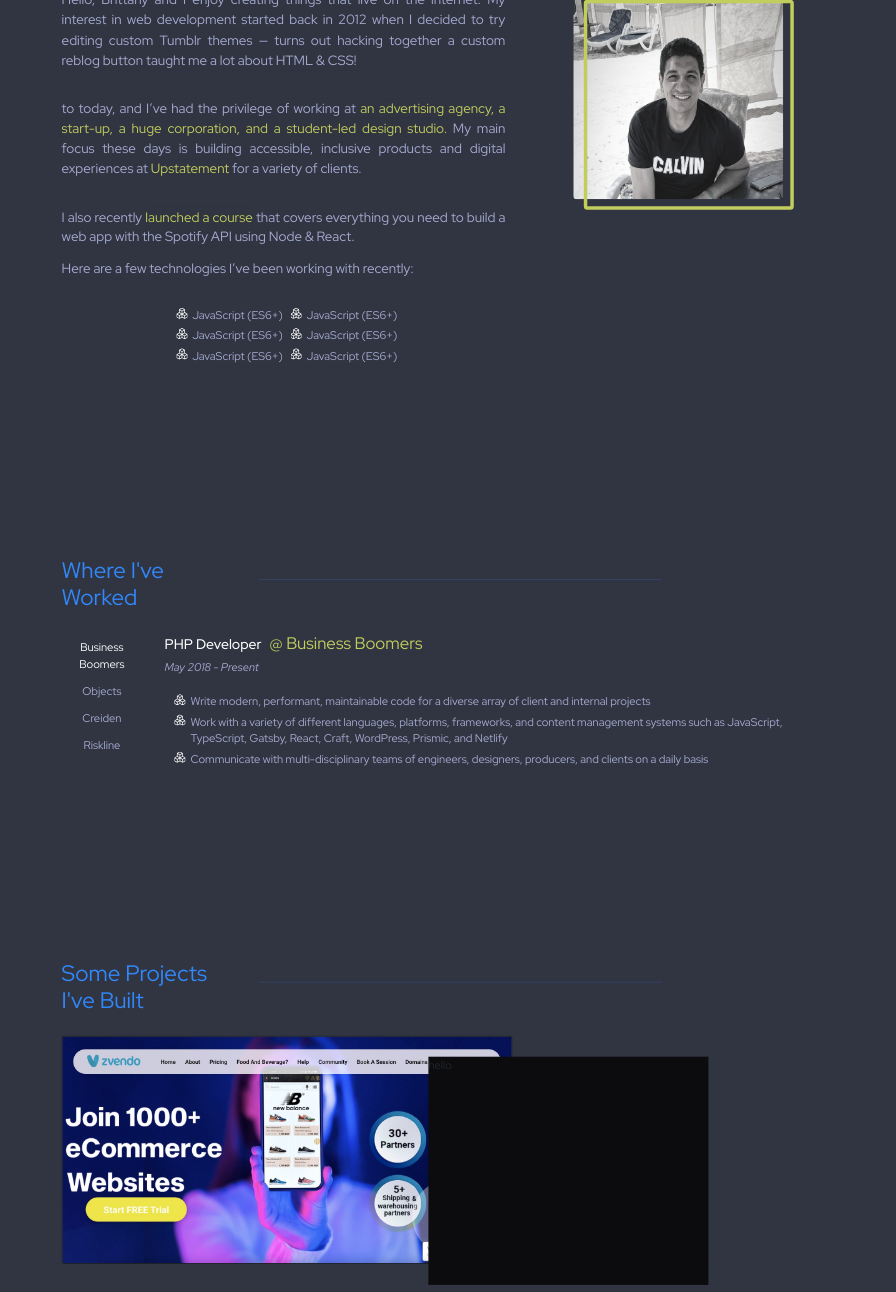
Repository: aya7abbal/Talaat-s-Portfolio
Page: index.html
The author's editor kept a copy of each file at every save. The page is drawn from the files as they stood at one save, then again after the next save.
The browser window is 1280 px wide. The pictures show the part of the page from y = 971 to 2891 px (the page is 2817 px tall before and 2891 px after), at 70% of full size.
Some web libraries are served in a nearby version. The style sheet was rebuilt from its Sass, Less or Tailwind sources for each picture, by a compiler version that may differ from the author's.

Above is the page before, as saved 2022-02-07 18:59:26.

### index.html
<!DOCTYPE html>
<html lang="en">
  <head>
    <!-- Required meta tags -->
    <meta charset="utf-8" />
    <meta name="viewport" content="width=device-width, initial-scale=1" />

    <!-- Bootstrap CSS -->
    <link
      href="https://cdn.jsdelivr.net/npm/bootstrap@5.0.2/dist/css/bootstrap.min.css"
      rel="stylesheet"
      integrity="sha384-EVSTQN3/azprG1Anm3QDgpJLIm9Nao0Yz1ztcQTwFspd3yD65VohhpuuCOmLASjC"
      crossorigin="anonymous"
    />

    <!-- Favicon -->
    <link
      rel="shortcut icon"
      type="image/x-icon"
      href="./images/favicon/favicon.ico"
    />

    <!-- Font Awesome -->
    <script
      src="https://kit.fontawesome.com/fd7fa2f891.js"
      crossorigin="anonymous"
    ></script>

    <!-- Bootstrap Icons -->
    <link
      rel="stylesheet"
      href="https://cdn.jsdelivr.net/npm/bootstrap-icons@1.8.0/font/bootstrap-icons.css"
    />

    <!-- Main Stylesheet -->
    <link rel="stylesheet" href="./styles/styles.css" />

    <title>Ahmed's Portfolio</title>
  </head>
  <body>
    <!-- Navbar -->
    <nav class="navbar navbar-expand-md navbar-dark py-3">
      <div class="container-fluid d-flex justify-content-between">
        <div class="navbar-logo">
          <a class="navbar-brand navbar-border navbar-content__hidden" href="#"
            >AT</a
          >
        </div>

        <!-- Offcanvas  Hidden MENU -->
        <div class="offcanvas-menu">
          <button
            class="btn navbar-content__hidden rotating-icon"
            type="button"
            data-bs-toggle="offcanvas"
            data-bs-target="#offcanvasRight"
            aria-controls="offcanvasRight"
          >
            <i class="bi bi-x-diamond fs-2 text-white"></i>
          </button>
          <div
            class="offcanvas offcanvas-end"
            tabindex="-1"
            id="offcanvasRight"
            aria-labelledby="offcanvasRightLabel"
          >
            <div class="offcanvas-header">
              <h5 id="offcanvasRightLabel"></h5>
              <button
                type="button"
                class="btn text-reset"
                data-bs-dismiss="offcanvas"
                aria-label="Close"
              >
                <i class="bi bi-x-diamond fs-2 text-white rotated-icon"></i>
              </button>
            </div>
            <div class="offcanvas-body">
              <ul class="navbar-nav text-center">
                <li class="nav-item">
                  <a class="nav-link active" aria-current="page" href="#"
                    >About</a
                  >
                </li>
                <li class="nav-item">
                  <a class="nav-link" href="#">Experience</a>
                </li>
                <li class="nav-item">
                  <a class="nav-link" href="#">Work</a>
                </li>
                <li class="nav-item">
                  <a class="nav-link" href="#">Contact</a>
                </li>
                <li>
                  <a
                    class="btn btn-green my-4"
                    href="./Ahmed Talaat.pdf"
                    download
                  >
                    Resume</a
                  >
                </li>
              </ul>
            </div>
          </div>
        </div>

        <!-- NAVBAR Collapsable -->
        <div
          class="collapse navbar-collapse justify-content-between align-items-baseline"
          id="navbarNav"
        >
          <a class="navbar-brand navbar-border" href="#">AT</a>

          <ul class="navbar-nav">
            <li class="nav-item">
              <a class="nav-link active" aria-current="page" href="#">About</a>
            </li>
            <li class="nav-item">
              <a class="nav-link" href="#">Experience</a>
            </li>
            <li class="nav-item">
              <a class="nav-link" href="#">Work</a>
            </li>
            <li class="nav-item">
              <a class="nav-link" href="#">Contact</a>
            </li>
          </ul>

          <a
            class="btn btn-green"
            href="./Ahmed Talaat.pdf"
            download
          >Resume</a >
        </div>
      </div>
    </nav>
    <div class="body-wrapper">
      <!-- Introduction -->
      <div class="intro px-5">
        <h6>Hi, my name is</h6>

        <br />

        <h2>Ahmed Talaat.</h2>
        <h3 class="pb-2">I'm a Back-end Developer.</h3>

        <br />

        <p>
          I’m a software engineer specializing in building (and occasionally
          designing) exceptional digital experiences. Currently, I’m focused on
          building accessible, human-centered products at
          <a href="#">Riskline.</a>
        </p>

        <br />

        <a class=" btn btn-green btn-lg" href="https://calendly.com/atalaat-92/short-discussion?month=2022-02" target="_blank"> Book a Meeting</a>
      </div>

      <!-- About -->

      <div class="about px-5 row">
        <div class="section-header row">
          <div class="col-md-4 col-lg-3 col-5">
            <h4 class="py-4">About Me</h4>
          </div>
          <div class="col-md-8 col-lg-9 col-7">
            <hr />
          </div>
        </div>

        <!-- About Paragraph -->
        <div class="col-12 col-lg-7">
          <p>
            Hello, Brittany and I enjoy creating things that live on the
            internet. My interest in web development started back in 2012 when I
            decided to try editing custom Tumblr themes — turns out hacking
            together a custom reblog button taught me a lot about HTML & CSS!
          </p>
          <br />

          <p>
            to today, and I’ve had the privilege of working at
            <a href=""
              >an advertising agency, a start-up, a huge corporation, and a
              student-led design studio.</a
            >
            My main focus these days is building accessible, inclusive products
            and digital experiences at <a href="">Upstatement</a> for a variety
            of clients.
          </p>

          <br />
          <p>
            I also recently <a href="">launched a course</a> that covers
            everything you need to build a web app with the Spotify API using
            Node & React.
          </p>

          <p>Here are a few technologies I’ve been working with recently:</p>

          <div class="iconed-list d-flex justify-content-center">
            <ul class="row">
              <div class="col-6">
                <li>JavaScript (ES6+)</li>
                <li>JavaScript (ES6+)</li>
                <li>JavaScript (ES6+)</li>
              </div>

              <div class="col-6">
                <li>JavaScript (ES6+)</li>
                <li>JavaScript (ES6+)</li>
                <li>JavaScript (ES6+)</li>
              </div>
            </ul>
          </div>
        </div>

        <div class="col-12 col-lg-5 d-flex justify-content-center pb-5">
          <!-- About Image -->
          <div class="about-img">
           <div> <img
            src="./images/B903239F-D317-4387-9DFC-7195C9C90247_1_105_c.jpeg"
            alt=""
            width="300px"
            height="300px"
          /></div>
            <div class="about-img__border"></div>
          </div>
        </div>
      </div>

      <!-- Work -->

      <div class="work px-5">
        <div class="section-header row">
          <div class="col-md-4 col-lg-3 col-7">
            <h4 class="py-4">Where I've Worked</h4>
          </div>
          <div class="col-md-8 col-lg-9 col-5">
            <hr />
          </div>
        </div>
        <div>
          <!-- Nav tabs -->
          <div class="d-flex flex-md-row flex-column align-items-start">
            <div
              class="nav flex-md-column nav-pills me-3 mb-4 pe-md-3 nav-tabs"
              id="v-pills-tab"
              role="tablist"
              aria-orientation="vertical"
            >
              <button
                class="nav-link active"
                id="v-pills-home-tab"
                data-bs-toggle="pill"
                data-bs-target="#v-pills-home"
                type="button"
                role="tab"
                aria-controls="v-pills-home"
                aria-selected="true"
              >
                Business Boomers
              </button>
              <button
                class="nav-link"
                id="v-pills-profile-tab"
                data-bs-toggle="pill"
                data-bs-target="#v-pills-profile"
                type="button"
                role="tab"
                aria-controls="v-pills-profile"
                aria-selected="false"
              >
                Objects
              </button>
              <button
                class="nav-link"
                id="v-pills-messages-tab"
                data-bs-toggle="pill"
                data-bs-target="#v-pills-messages"
                type="button"
                role="tab"
                aria-controls="v-pills-messages"
                aria-selected="false"
              >
                Creiden
              </button>
              <button
                class="nav-link"
                id="v-pills-settings-tab"
                data-bs-toggle="pill"
                data-bs-target="#v-pills-settings"
                type="button"
                role="tab"
                aria-controls="v-pills-settings"
                aria-selected="false"
              >
                Riskline
              </button>
            </div>
            <div class="tab-content" id="v-pills-tabContent">
              <div
                class="tab-pane fade show active"
                id="v-pills-home"
                role="tabpanel"
                aria-labelledby="v-pills-home-tab"
              >
                <div class="work-title">
                  <h5 class="pe-2">PHP Developer</h5>
                  <h6>@ Business Boomers</h6>
                </div>
                <div class="work-date">
                  <i>May 2018 - Present </i>

                  <ul class="iconed-list">
                    <li>
                      Write modern, performant, maintainable code for a diverse
                      array of client and internal projects
                    </li>
                    <li>
                      Work with a variety of different languages, platforms,
                      frameworks, and content management systems such as
                      JavaScript, TypeScript, Gatsby, React, Craft, WordPress,
                      Prismic, and Netlify
                    </li>
                    <li>
                      Communicate with multi-disciplinary teams of engineers,
                      designers, producers, and clients on a daily basis
                    </li>
                  </ul>
                </div>
              </div>

              <div
                class="tab-pane fade"
                id="v-pills-profile"
                role="tabpanel"
                aria-labelledby="v-pills-profile-tab"
              >
                <div class="work-title">
                  <h5 class="pe-2">Back-end Developer</h5>
                  <h6>@ Objects</h6>
                </div>
                <div class="work-date">
                  <i>May 2018 - Present </i>

                  <ul class="iconed-list">
                    <li>
                      Write modern, performant, maintainable code for a diverse
                      array of client and internal projects
                    </li>
                    <li>
                      Work with a variety of different languages, platforms,
                      frameworks, and content management systems such as
                      JavaScript, TypeScript, Gatsby, React, Craft, WordPress,
                      Prismic, and Netlify
                    </li>
                    <li>
                      Communicate with multi-disciplinary teams of engineers,
                      designers, producers, and clients on a daily basis
                    </li>
                  </ul>
                </div>
              </div>

              <div
                class="tab-pane fade"
                id="v-pills-messages"
                role="tabpanel"
                aria-labelledby="v-pills-messages-tab"
              >
                <div class="work-title">
                  <h5 class="pe-2">Back-end Developer</h5>
                  <h6>@ Creiden</h6>
                </div>
                <div class="work-date">
                  <i>May 2018 - Present </i>

                  <ul class="iconed-list">
                    <li>
                      Write modern, performant, maintainable code for a diverse
                      array of client and internal projects
                    </li>
                    <li>
                      Work with a variety of different languages, platforms,
                      frameworks, and content management systems such as
                      JavaScript, TypeScript, Gatsby, React, Craft, WordPress,
                      Prismic, and Netlify
                    </li>
                    <li>
                      Communicate with multi-disciplinary teams of engineers,
                      designers, producers, and clients on a daily basis
                    </li>
                  </ul>
                </div>
              </div>

              <div
                class="tab-pane fade"
                id="v-pills-settings"
                role="tabpanel"
                aria-labelledby="v-pills-settings-tab"
              >
                <div class="work-title">
                  <h5 class="pe-2">Project Manager</h5>
                  <h6>@ Riskline</h6>
                </div>
                <div class="work-date">
                  <i>May 2018 - Present </i>

                  <ul class="iconed-list">
                    <li>
                      Write modern, performant, maintainable code for a diverse
                      array of client and internal projects
                    </li>
                    <li>
                      Work with a variety of different languages, platforms,
                      frameworks, and content management systems such as
                      JavaScript, TypeScript, Gatsby, React, Craft, WordPress,
                      Prismic, and Netlify
                    </li>
                    <li>
                      Communicate with multi-disciplinary teams of engineers,
                      designers, producers, and clients on a daily basis
                    </li>
                  </ul>
                </div>
              </div>
            </div>
          </div>
        </div>
      </div>

      <!-- Projects -->

      <div class="projects px-5">
        <div class="section-header row">
          <div class="col-md-4 col-lg-3 col-7">
            <h4 class="py-4">Some Projects I've Built</h4>
          </div>
          <div class="col-md-8 col-lg-9 col-5">
            <hr />
          </div>
        </div>

        <div class="project-card d-flex">
          <div class="card bg-dark text-white col-md-7">
            <img src="./images/project-1.jpeg" class="card-img" alt="...">
            <div class="card-img-overlay d-md-none">
              <h5 class="card-title">Card title</h5>
              <p class="card-text">This is a wider card with supporting text below as a natural lead-in to additional content. This content is a little bit longer.</p>
              <p class="card-text"></p>
            </div>
          </div>
          <div class="col-6 project-desc">
            hello
          </div>
        </div>
      </div>



    </div>


    <!-- Footer -->
    <footer>
      <div class="footer-left">
        <div class="footer-left__link">
          <i class="fab fa-github"><a href="#"></a></i>
        </div>
        <div class="footer-left__link">
          <i class="fab fa-twitter"><a href=""></a></i>
        </div>
        <div class="footer-left__link">
          <i class="fab fa-linkedin-in"><a href=""></a></i>
        </div>
        <div class="footer-left__link">
          <i class="fas fa-phone"><a href=""></a></i>
        </div>
        <div class="footer-left__link line"></div>
      </div>



      <div class="footer-right">
        <div class="footer-right__link">
          <a href="">@ahmed.talaat.92@hotmail.com</a>

        <div class="footer-right__link line"></div>
      </div>
    </footer>

    <!-- Bootstrap Bundle with Popper -->
    <script
      src="https://cdn.jsdelivr.net/npm/bootstrap@5.0.2/dist/js/bootstrap.bundle.min.js"
      integrity="sha384-MrcW6ZMFYlzcLA8Nl+NtUVF0sA7MsXsP1UyJoMp4YLEuNSfAP+JcXn/tWtIaxVXM"
      crossorigin="anonymous"
    ></script>
    <script type="module" src="./scripts/script.js"></script>
  </body>
</html>

### scripts/script.js
// const rotatingIcon = document.querySelector(".rotating-icon")
// const rotatedIcon = document.querySelector(".rotated-icon")


// rotatingIcon.addEventListener('click',function(event) {
// console.log(event)
//     rotatingIcon.style.display="hidden"
// })

### styles/styles.scss

// Fonts
@import url('https://fonts.googleapis.com/css2?family=Dosis:wght@200;300;400;500;600&family=Red+Hat+Display:ital,wght@0,300;0,400;0,500;0,600;0,700;0,900;1,300;1,400;1,500;1,600&family=Satisfy&display=swap');
// Partials
@import "./components/navbar";
@import"./components/footer";
@import "./variables/colors";
@import "./components/buttons";
@import "./variables/fonts";
@import "./components/pages";
@import "./variables/images";
@import "./components/projects";




// font-family: 'Dosis', sans-serif;
// font-family: 'Red Hat Display', sans-serif;
// font-family: 'Satisfy', cursive;

*{
font-family: 'Red Hat Display', sans-serif;
background-color: var(--navy);

}

body{
    margin: 0%;
    max-width: 100%;
    overflow-x: hidden;
    background-color: var(--navy);

    @media (min-width:768px) {
        padding: 40px;
    }
}

### styles/components/_navbar.scss
.navbar-content__hidden{
    display: none;
    @media (max-width:768px) {
        display: inline-block;
    }
}

.navbar-brand{
    border: solid 2px var(--green);
    border-radius: 5px 20px;
    padding: 8px;

    &:hover{
        background-color: var(--green);
    }
}

### styles/components/_footer.scss
footer {

    @media (max-width:768px) {
display: none;
    }

  .footer-left {
    position: fixed;
    bottom: 10px;
    left: 20px;
    i {
      font-size: 1.2em;
      color: white;
      margin: 20px 10px;
      &:hover{
          color: greenyellow;
          transform: translateY(-3px);
      }
    }

    .line {
      border-right: 1px solid white;
      padding: 20px;
      height: 100px;
      background-color: transparent;
      transform: translatex(-19px);
      margin-top: 15px;
    }
  }


  .footer-right {
    position: fixed;
    bottom: 10px;
    right: 20px;
    i{
      font-size: 1.2em;
      color: white;
      margin: 15px 10px;
      &:hover{
          color: greenyellow;
          transform: translateY(-3px);
      }


    }

    a{
        writing-mode: vertical-rl;
        transform: translatex(10px);
        color: white;
        font-size: 1em;
        &:hover{
            color: greenyellow;
            text-decoration: none;
        }
    }

    .line {
      border-right: 1px solid white;
      padding: 20px;
      height: 100px;
      background-color: transparent;
      transform: translatex(-19px);
      margin-top: 15px;
    }
  }
}

### styles/variables/_colors.scss
:root{
    --navy:#313441;
    --lgreen:#c1ce5e;
    --grey:#A4A6BF;
    --bblue:hsl(220, 47%, 62%);
    --green:#97A629;
    --lgreeno:#c1ce5e11;
    --lgrey:#bbc1dd;
    --mdgrey:#a4acd1;
    --blue:#3188fa;

}

### styles/components/_buttons.scss
.btn-green {
  border: 2px solid var(--green);
  padding: 8px;
  color:white;
  border-radius: 5px;

  &:hover {
    color: rgb(197, 197, 197);
    background-color: var(--lgreeno);
  }
}

.btn-blue{
    border: 2px solid var(--blue);
    padding: 8px;
    color:white;
    border-radius: 5px;

    &:hover {
      color: rgb(197, 197, 197);
      background-color: var(--bblue);
    }
}

.rotating-icon, .rotated-icon {
  transform: rotate(45deg) !important;
  z-index: 100;

  &:hover {
    transform: rotate(90deg) !important;
    transition: 0.6s;


  }
  &:active &:focus {
    transform: rotate(90deg) !important;
  }
}

### styles/variables/_fonts.scss



h2 {
  color: white;
  font-size: 2.3em;

  @media (min-width: 768px) {
    font-size: 2.9em;
  }
}

h3 {
  color: var(--blue);
  font-weight: 600;
  font-size: 2.2em;

  @media (min-width: 768px) {
    font-size: 2.7em;
  }
}

h4 {
  color: var(--blue);
  font-weight: 400;
  font-size: 1.5em;
  background-color: var(--navy);

  @media (min-width: 768px) {
    font-size: 2em;
  }
}

h5{
  color: white;
  display: inline-block;
}

h6 {
  font-size: 1.2em;
  color: var(--lgreen);
  font-weight: 400;
  display: inline-block;

  @media (min-width: 768px) {
    font-size: 1.5em;
  }
}

a {
  color: var(--lgreen);
  text-decoration: none;

  &:hover {
    color: var(--green);
    text-decoration: underline;
  }
}

ul{

    padding-top:20px;
    padding-bottom: 50px;
}
.iconed-list li{
    list-style-image:url(../svg/list.svg);
    color: var(--mdgrey);

    padding:10px 10px 0px 10px;
    margin: 5px;
    width: fit-content;
    padding: 0%;
}

p {
  font-size: 1.2em;
  color: var(--mdgrey);
  font-weight: 400;
  text-align: justify;

  @media (min-width: 768px) {
    font-size: 1.2em;
  }
}

i{
  color: var(--mdgrey);
}

.nav-tabs .nav-link{

  color: var(--mdgrey);
  background-color: transparent !important;
  // text-decoration: underline;
  text-decoration-color: var(--mdgrey);

  &:focus{
    background-color: transparent !important;
    color: var(--lgreen);
    border-bottom-color: var(--lgreen);

  }

  &:active{
    background-color: transparent !important;
    color: var(--lgreen);


  }



}

### styles/components/_pages.scss

// INTRODUCTION
.intro{
    padding-top: 160px;
}

// ABOUT


.section-header{
    padding-top:180px ;
    hr{
        position: relative;
        top:30%;
        color: var(--blue);
        width: 70%;
    }
}

#v-pills-tab{
    border: none;
}

### styles/variables/_images.scss
.about-img {
  height: fit-content;
  position: relative;
  display: flex;
  flex-direction: column;
  justify-content: center;


  img {
    // filter: invert(25%) sepia(77%) saturate(2565%) hue-rotate(200deg)
      // brightness(103%) contrast(96%) opacity(90%);
    border-radius: 5px;
    filter: grayscale(90%);
  }
  &:hover {
    img {
      filter: none;
    }
    .about-img__border{
        transform: translate(0px, 0px);
        transition: .1s;


    }
  }

  .about-img__border {
    position: absolute;
    border: 5px solid var(--lgreen);
    border-radius: 5px;
    width: 300px;
    height: 300px;
    transform: translate(15px, 15px);
    background-color: transparent;
  }
}

### styles/components/_projects.scss


.card-img-overlay {
    opacity: 90%;

}

.project-desc{
    background-color: rgb(12, 12, 15);
    height:400pxs;
    width: 400px;
    transform: translate(-120px,30px);
}

After the next save:
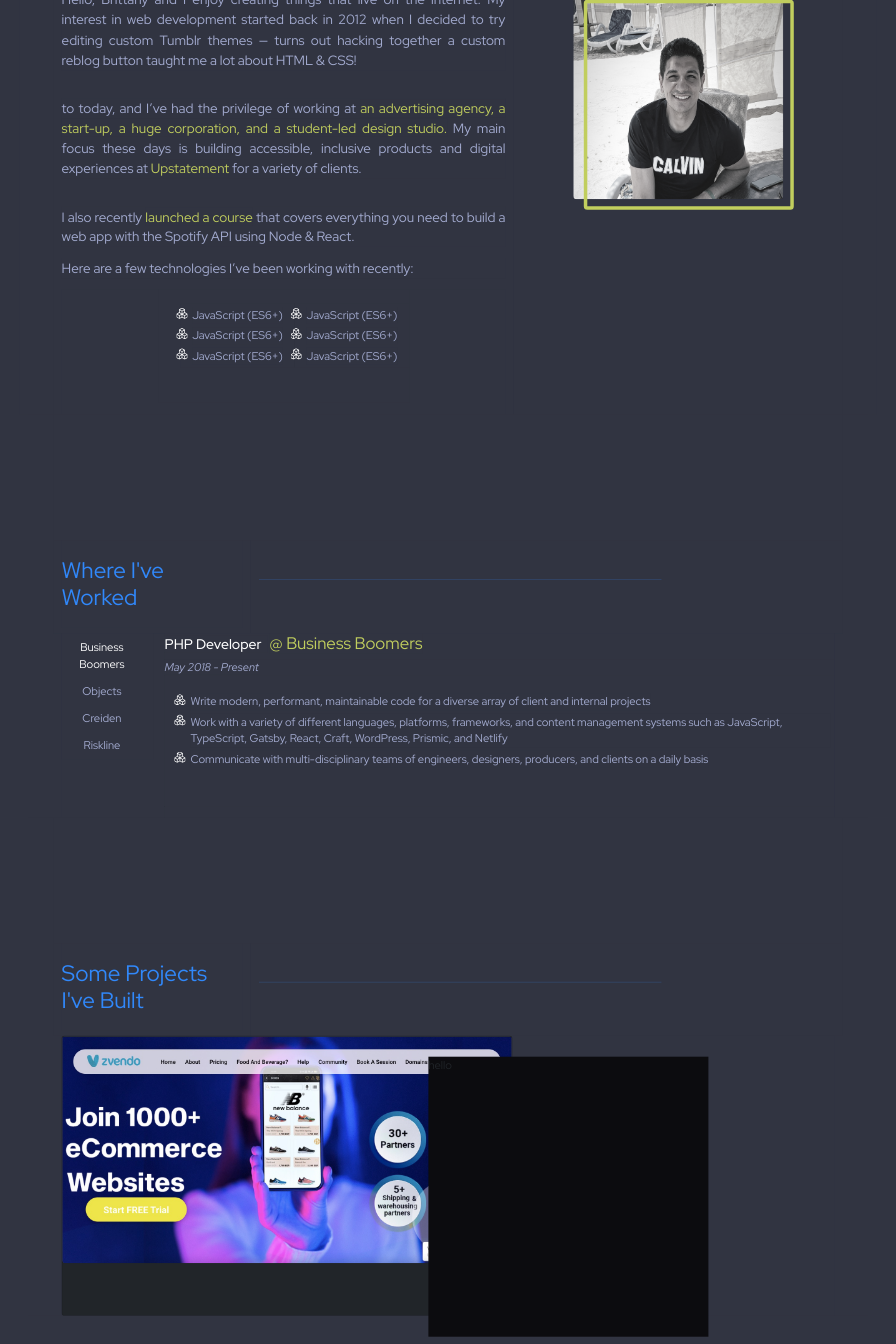
Saved 6 s later.
--- a/styles/components/_projects.scss
+++ b/styles/components/_projects.scss
@@ -7,7 +7,7 @@
 
 .project-desc{
     background-color: rgb(12, 12, 15);
-    height:400pxs;
+    height:400px;
     width: 400px;
     transform: translate(-120px,30px);
 }
